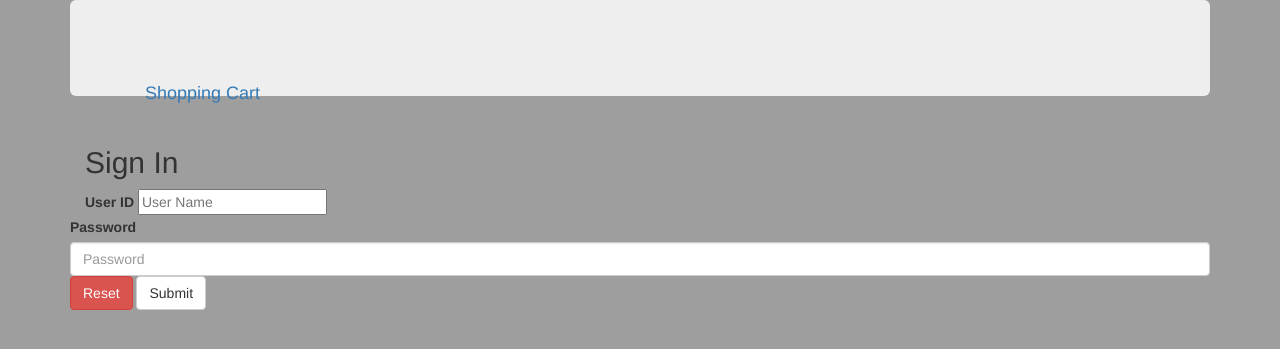
Repository: AravindMarshall/ShoppingCart
Page: http://localhost/Phineas/Login.jsp
An editor plug-in stored every save of this project. The page is shown before and after the next save, followed by the edit.
The browser window is 1280 px wide. The pictures show the whole page.
The page is served by Tomcat 9.

Above is the page before, as saved 2016-06-09 20:27:17.

After the next save:
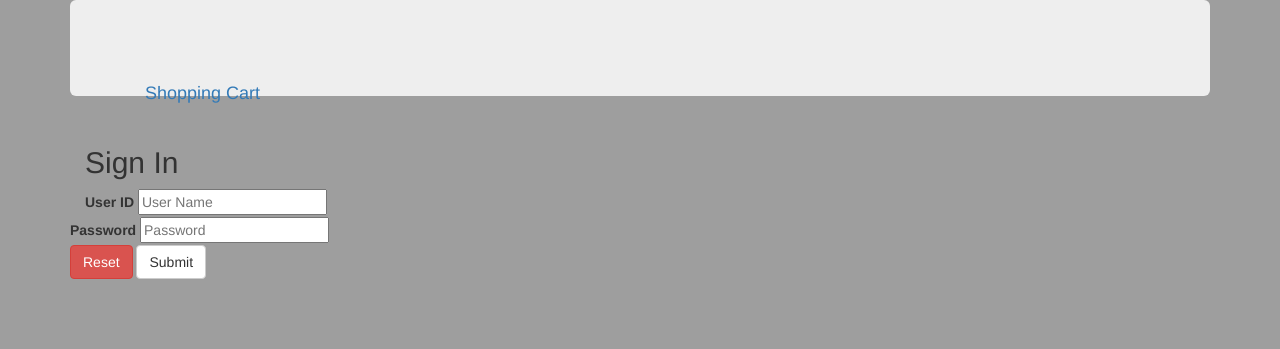
Saved 18 s later.
--- a/NIIT Shopping Cart/Phineas/WebContent/Login.jsp
+++ b/NIIT Shopping Cart/Phineas/WebContent/Login.jsp
@@ -30,7 +30,7 @@
 </div>
 <div class= "Login">
 <label for "Pass">Password</label>
-<input type = "password" class="form-control" Id = "pass" placeholder="Password">
+<input type = "password" class="password" Id = "pass" placeholder="Password">
 </div>
 <button type="Reset" class="btn btn-danger">Reset</button>
 <button type="submit" class="btn btn-default">Submit</button>
